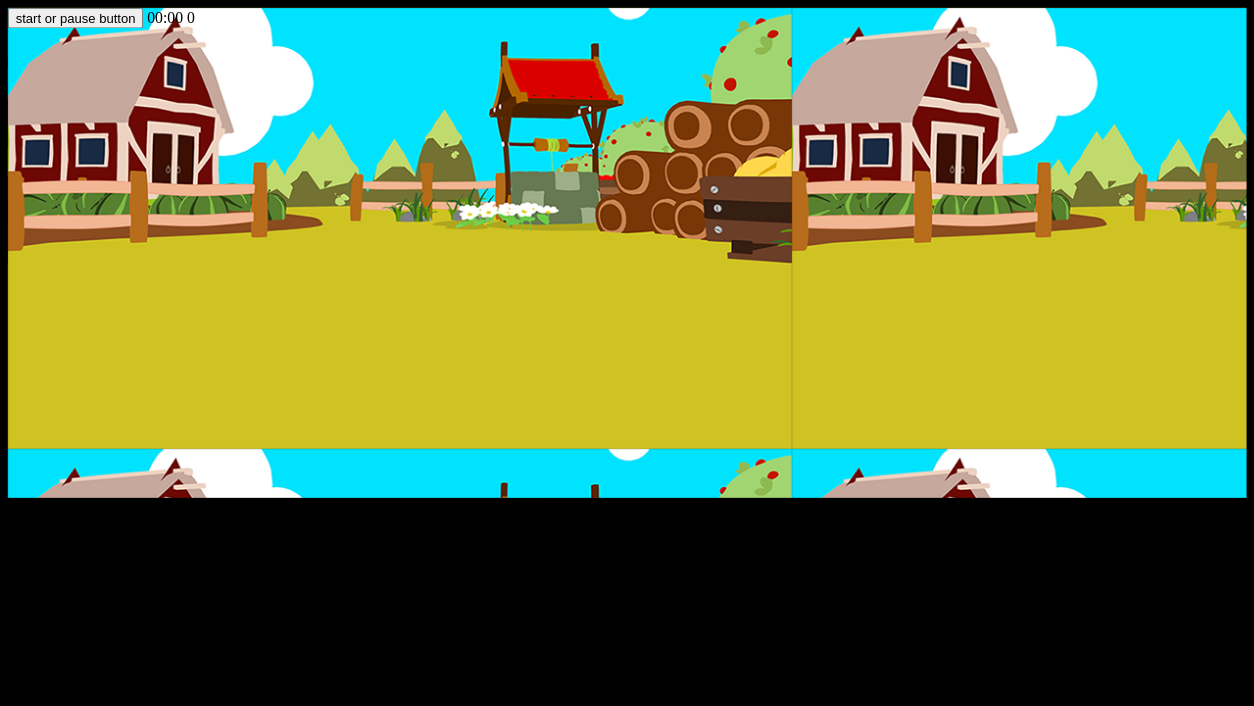
Repository: rladpwl0512/dreamcoding_browser101
Page: (7) catch-carrot-game/catch carrot/index.html
An editor plug-in stored every save of this project. The page is shown before and after the next save, followed by the edit.
The browser window is 1280 px wide. The pictures show the whole page, at 98% of full size.

Above is the page before, as saved 2021-10-06 19:05:41.

After the next save:
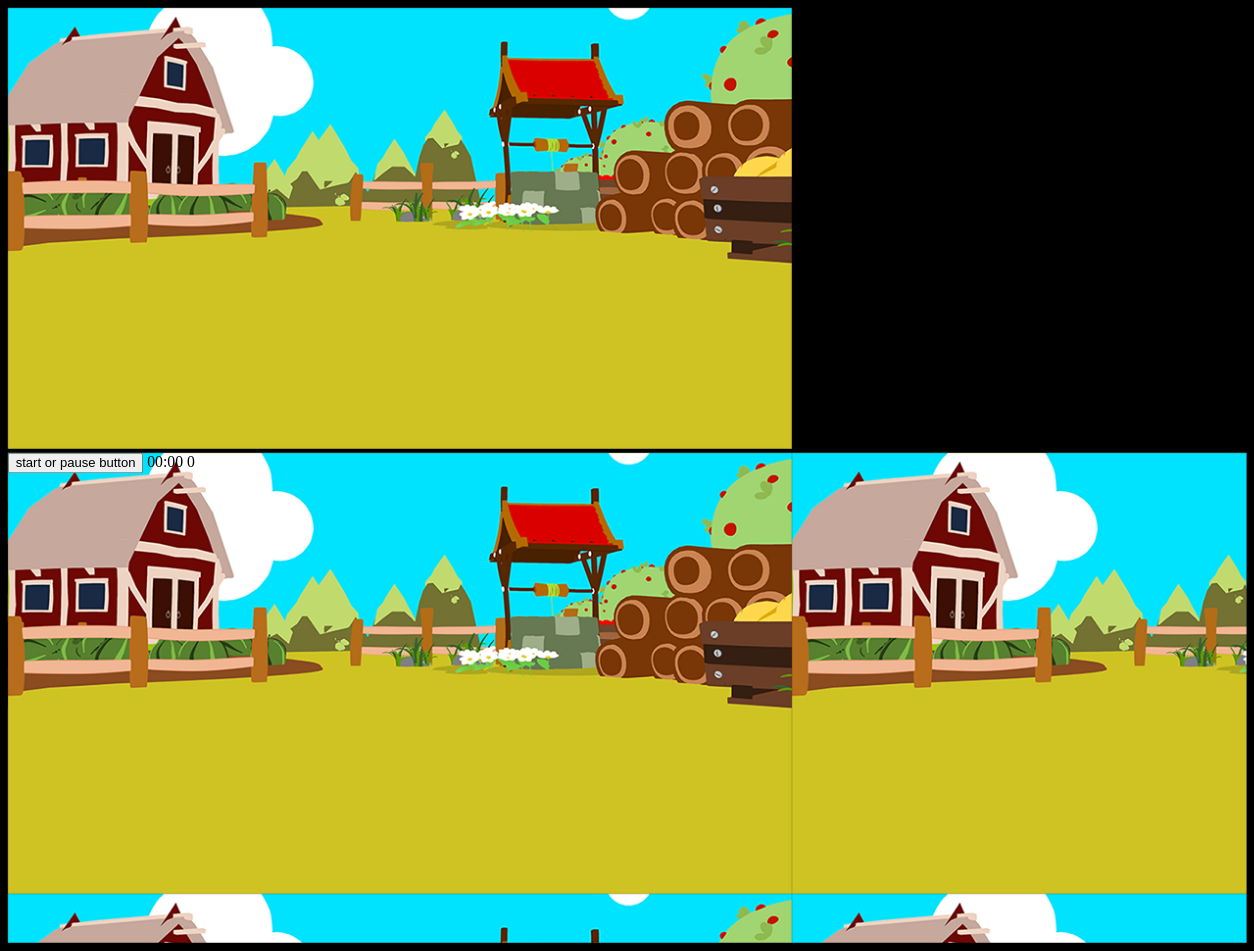
Saved 48 s later.
--- a/(7) catch-carrot-game/catch carrot/index.html
+++ b/(7) catch-carrot-game/catch carrot/index.html
@@ -9,6 +9,7 @@
   <title>🥕catch carrot</title>
 </head>
 <body>
+  <img src="./img/background.png" alt="">
   <div class="background">
     <button class="btn">
       <span class="blind">start or pause button</span>
